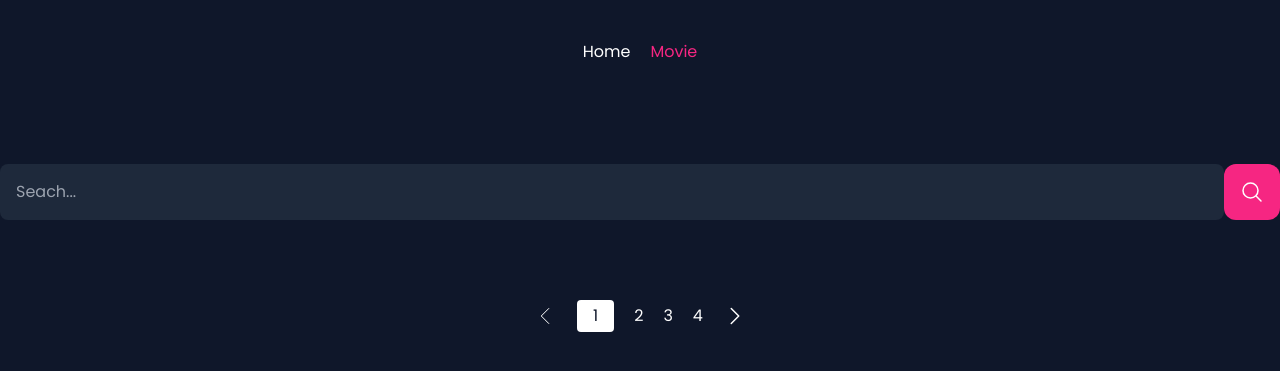
Repository: HoangLong0210/MovieWithTheMovieDb
Page: /movie
These files come from the project's save history. The page is drawn as it stood at one moment and after the next save; the edit follows.
The browser window is 1280 px wide. The pictures show the whole page.
The page's requests for data from a server got no answer. The project was rebuilt for these pictures with package versions that can differ from the ones it lists, and the page was loaded fresh each time. No one was signed in, and anything a server would have sent is missing. Also part of the build but not shown: src/components/banner/BannerItem.js, src/components/banner/Banner.js, src/components/movie/MovieCard.js, src/components/movie/MovieList.js, src/pages/HomePage.js, src/components/movie/MovieCredits.js, src/components/movie/MovieVideo.js, src/components/movie/MovieSimilar.js and 1 more.

Above is the page before, as saved 2023-04-29 13:19:02.

After the next save:
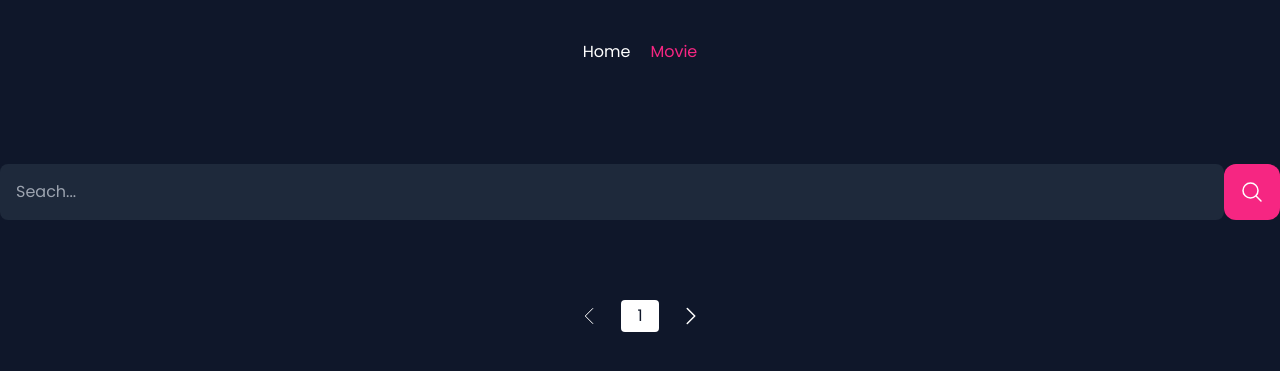
Saved 4 s later.
--- a/src/pages/MoviePage.js
+++ b/src/pages/MoviePage.js
@@ -85,9 +85,6 @@
         <span className="cursor-pointer inline-block p-2 bg-white text-slate-900 py-2 px-4 rounded leading-none">
           1
         </span>
-        <span>2</span>
-        <span>3</span>
-        <span>4</span>
         <span className="cursor-pointer">
           <svg
             xmlns="http://www.w3.org/2000/svg"
